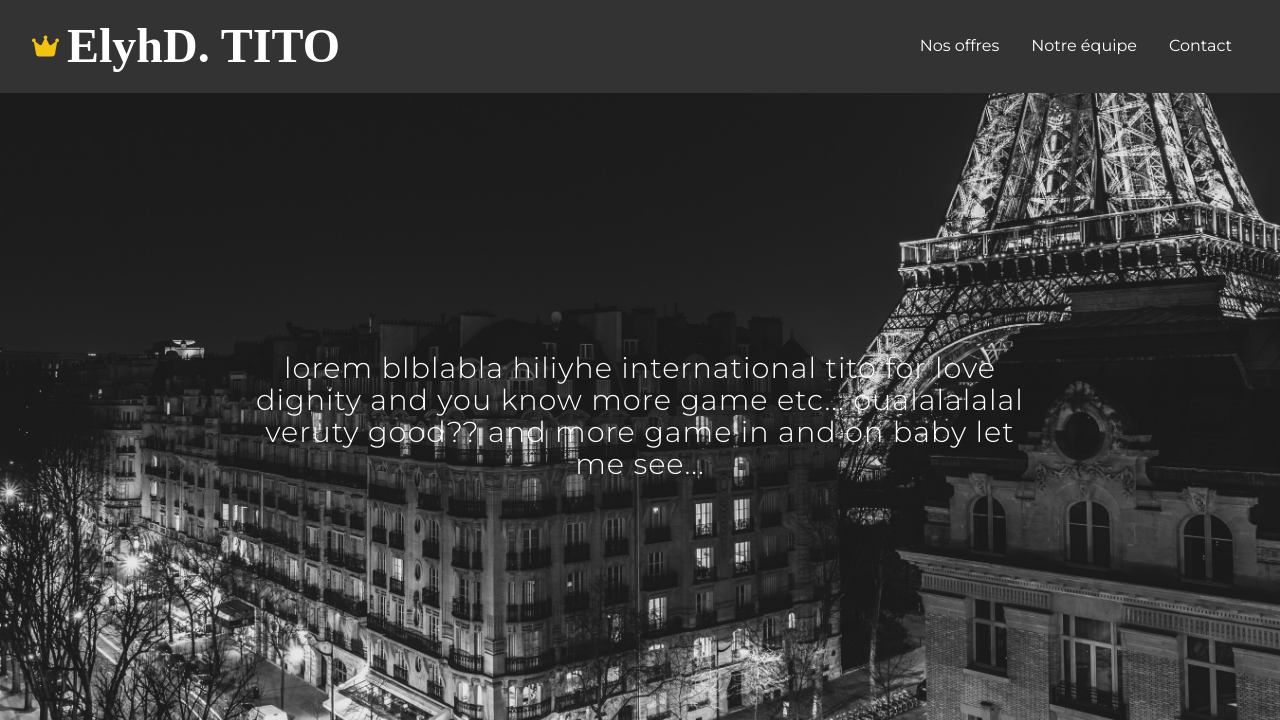
Repository: Hiliyeh/immo
Page: index.html
The author's editor kept a copy of each file at every save. The page is drawn from the files as they stood at one save, then again after the next save.
The browser window is 1280 px wide. The pictures show the whole page.
Some web fonts or font styles are not loaded; a fallback is used. Some web libraries are served in a nearby version.

Above is the page before, as saved 2020-05-05 13:05:57.

### index.html
<!DOCTYPE html>
<html lang="fr">
  <head>
    <meta charset="UTF-8" />
    <meta name="viewport" content="width=device-width, initial-scale=1.0" />
    <meta http-equiv="X-UA-Compatible" content="ie=edge" />
    <link rel="stylesheet" href="css/style.css" />
    <link
      rel="stylesheet"
      media="only screen and (max-width: 500px)"
      href="css/style.mobile.css"
    />
    <link
      href="https://fonts.googleapis.com/css?family=Long+Cang|Montserrat:300,400,700&display=swap"
      rel="stylesheet"
    />
    <script
      src="https://kit.fontawesome.com/83f4286022.js"
      crossorigin="anonymous"
    ></script>
    <title>Agence Elyh</title>
    <style></style>
  </head>
  <body>
    <div class="vp-container">
      <header>
        <h2 class="vp-logo">
          <i class="fas fa-crown"></i>
          <a href="#">ElyhD. TITO</a>
        </h2>
        <ul>
          <li><a href="#">Nos offres</a></li>
          <li><a href="#">Notre équipe</a></li>
          <li><a href="#">Contact</a></li>
        </ul>
      </header>
      <section class="vp">
        <div class="vp-content">
          <h1>
            <string></string>
          </h1>
          <p>
            lorem blblabla hiliyhe international tito for love dignity and you
            know more game etc... oualalalalal veruty good?? and more game in
            and on baby let me see...
          </p>
        </div>
      </section>
    </div>
  </body>
</html>

### css/style.CSS
* {
  margin: 0;
  padding: 0;
  box-sizing: border-box;
}

body {
  font-family: "Montserrat", sans-serif;
}

p {
  margin-bottom: 0.8rem;
}

h1,
h2,
h3,
h4 {
  margin-bottom: 1rem;
}

a {
  color: #333;
  text-decoration: none;
}

/* vp + header */

.vp-container {
  min-height: 100vh;
  display: flex;
  flex-direction: column;
}

header {
  padding: 1rem 2rem;
  background: #333;
  display: flex;
  flex-flow: row nowrap;
  justify-content: space-between;
}

.vp-logo {
  margin-bottom: 0;
  font-family: "Long Cang", cursive;
  display: flex;
  flex-flow: row nowrap;
  justify-content: center;
  align-items: center;
}

.vp-logo i {
  color: #f1c40f;
  font-size: 1.5rem;
  margin-right: 0.5rem;
}

.vp-logo a {
  font-size: 3rem;
}

header ul {
  display: flex;
  flex-flow: row nowrap;
  list-style: none;
}

header ul li {
  padding: 1rem;
}

header ul li a:hover {
  color: #f1c40f;
}

header a {
  color: white;
}

.vp {
  flex: auto;
}
/* ... */
strong {
  color: #f1c40f;
  font-weight: 400;
}
/* ... */
header {
  padding: 1rem 2rem;
  background: #333;
  display: flex;
  flex-flow: row nowrap;
  justify-content: space-between;
  line-height: 1.8rem;
}
/* ... */
.vp {
  flex: auto;
  display: flex;
  flex-direction: column;
  justify-content: center;
  align-items: center;
  background: url("/img/frame.jpg")
    center center/cover;
}

.vp-content {
  max-width: 800px;
  text-align: center;
  color: white;
}

.vp-content h1 {
  font-size: 3.2rem;
  margin-bottom: 2rem;
}

.vp-content p {
  font-size: 1.8rem;
  font-weight: 300;
  letter-spacing: 1px;
  line-height: 2rem;
}

Loaded but not shown: css/style.mobile.css (no stored copy; drawn as an empty file)

After the next save:
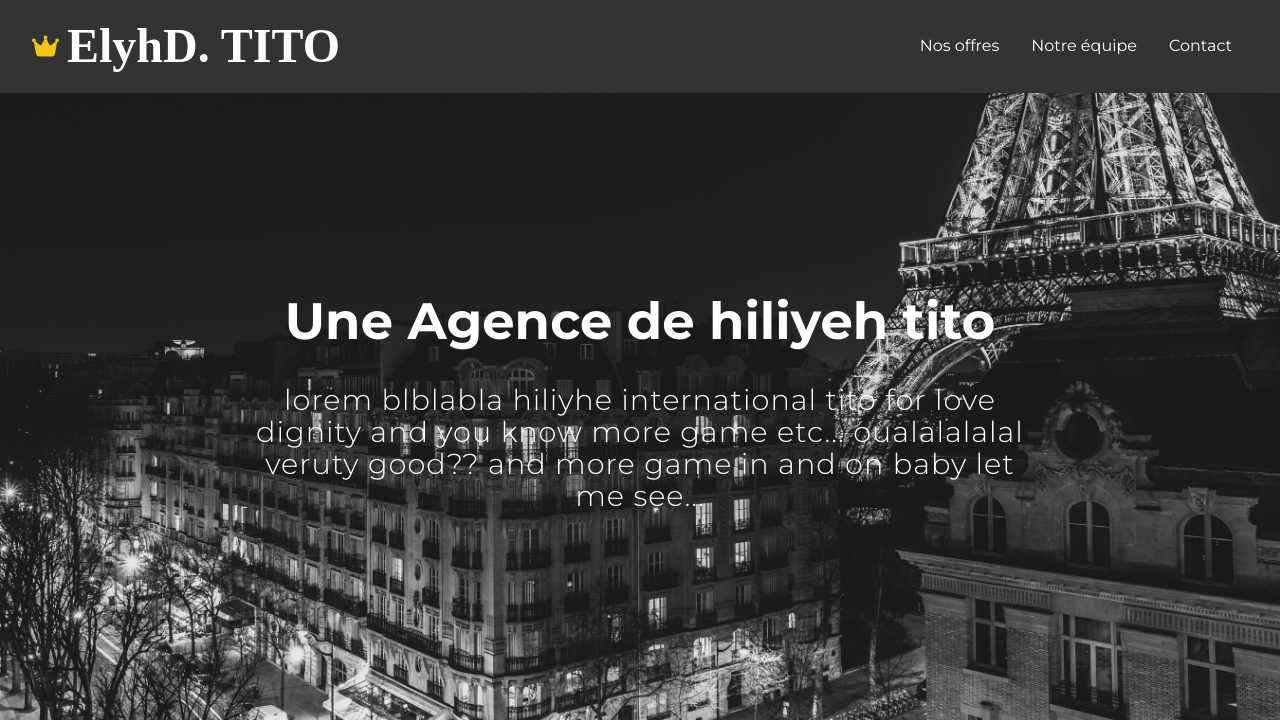
Saved 2 min 33 s later.
--- a/index.html
+++ b/index.html
@@ -37,7 +37,7 @@
       <section class="vp">
         <div class="vp-content">
           <h1>
-            <string></string>
+            <string>Une Agence de hiliyeh tito</string>
           </h1>
           <p>
             lorem blblabla hiliyhe international tito for love dignity and you
